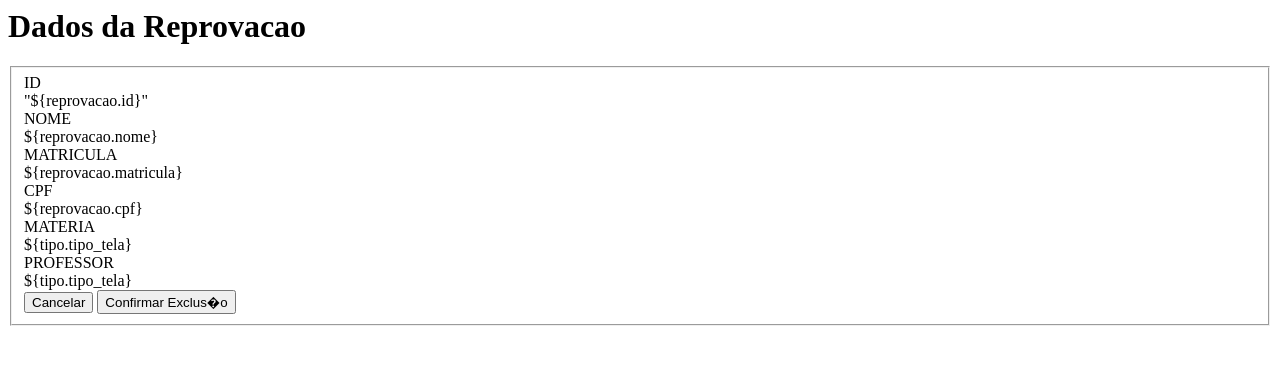
Repository: WilliamEstrela/trabalho1VA-PROG4
Page: CRUDLanManagerV5/WebContent/manterreprovacao/excluir.html
The author's editor kept a copy of each file at every save. The page is drawn from the files as they stood at one save, then again after the next save.
The browser window is 1280 px wide. The pictures show the whole page.

Above is the page before, as saved 2019-09-05 23:36:13.

### CRUDLanManagerV5/WebContent/manterreprovacao/excluir.html
<h1>Dados da Reprovacao</h1>
<div class="col-lg-6">
            <div class="well">
              <form class="bs-example form-horizontal" action="${contextPath}/sistema" method="post">
                <fieldset>
	              <input type="hidden" name="casoDeUso" value="manterTipo">
                  <div class="form-group">
				  <input type="hidden" name="acao" value="apagar">
				  <input type="hidden" name="idtipo" value="${tipo.idtipo}">
                    <label for="idtipo" class="col-lg-2 control-label">ID</label>
                    <div class="col-lg-10">
                      "${reprovacao.id}"
                    </div>
                  </div>

                  <div class="form-group">
                    <label for="tipo" class="col-lg-2 control-label">NOME</label>
                    <div class="col-lg-10">
                      ${reprovacao.nome}
                    </div>
                  </div>

                  <div class="form-group">
                    <label for="tipo" class="col-lg-2 control-label">MATRICULA</label>
                    <div class="col-lg-10">
                      ${reprovacao.matricula}
                    </div>
                  </div>

                  <div class="form-group">
                    <label for="tipo" class="col-lg-2 control-label">CPF</label>
                    <div class="col-lg-10">
                      ${reprovacao.cpf}
                    </div>
                  </div>

                  <div class="form-group">
                    <label for="tipo" class="col-lg-2 control-label">MATERIA</label>
                    <div class="col-lg-10">
                      ${tipo.tipo_tela}
                    </div>
                  </div>

                   <div class="form-group">
                    <label for="tipo" class="col-lg-2 control-label">PROFESSOR</label>
                    <div class="col-lg-10">
                      ${tipo.tipo_tela}
                    </div>
                  </div>

                  <div class="form-group">
                    <div class="col-lg-10 col-lg-offset-2">
                      <button class="btn btn-default">Cancelar</button>
                      <button type="submit" class="btn btn-primary">Confirmar Exclus�o</button>
                    </div>
                  </div>
                </fieldset>
              </form>
            </div>
          </div>
          <!-- $include ../geral/mensagemPadrao.html -->

After the next save:
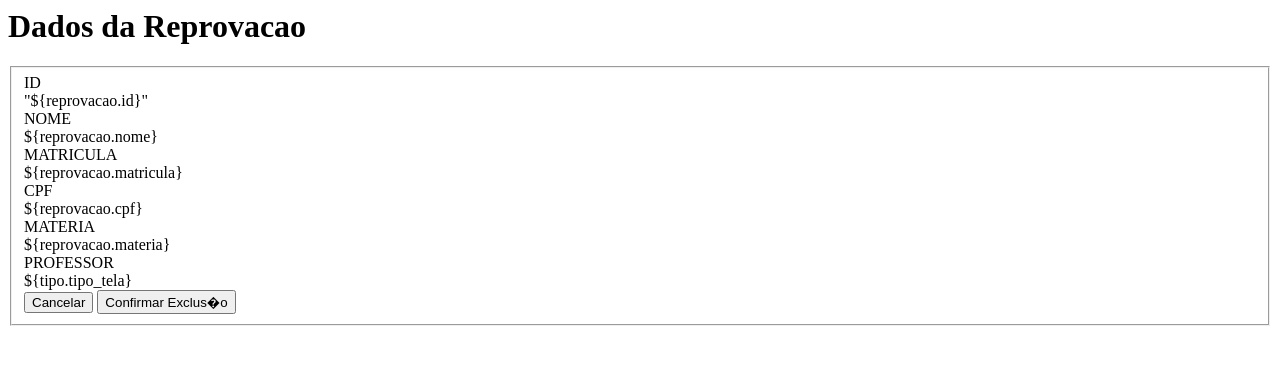
Saved 7 s later.
--- a/CRUDLanManagerV5/WebContent/manterreprovacao/excluir.html
+++ b/CRUDLanManagerV5/WebContent/manterreprovacao/excluir.html
@@ -37,7 +37,7 @@
                   <div class="form-group">
                     <label for="tipo" class="col-lg-2 control-label">MATERIA</label>
                     <div class="col-lg-10">
-                      ${tipo.tipo_tela}
+                      ${reprovacao.materia}
                     </div>
                   </div>
 
